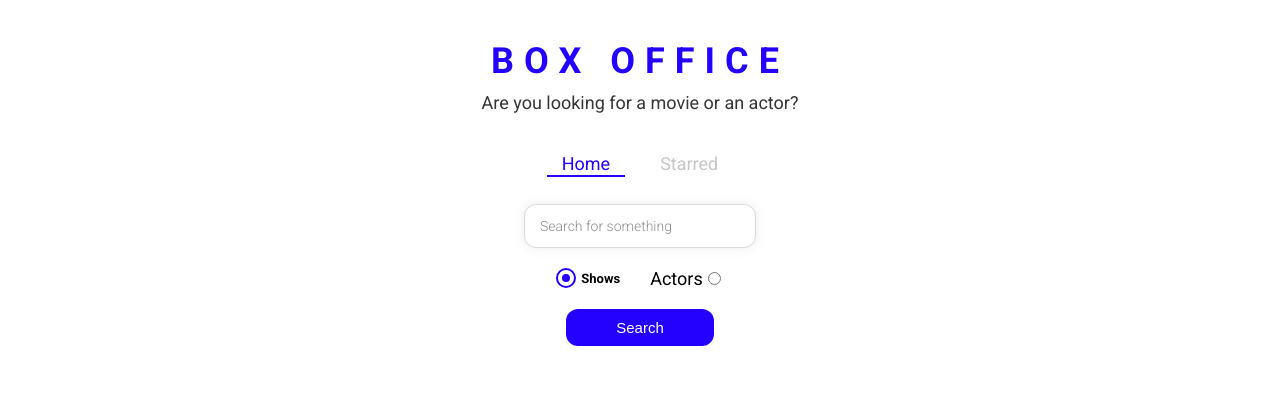
Repository: Hrishabhsinghai/box-office
Page: /
An editor plug-in stored every save of this project. The page is shown before and after the next save, followed by the edit.
The browser window is 1280 px wide. The pictures show the whole page.
The project was rebuilt for these pictures with package versions that can differ from the ones it lists, and the page was loaded fresh each time. Also part of the build but not shown: src/components/styled.js, src/components/show/ShowMainData.styled.js, src/components/show/ShowMainData.js, src/components/show/Details.styled.js, src/components/show/Details.js, src/components/show/Seasons.styled.js, src/components/show/Seasons.js, src/components/show/Cast.styled.js and 10 more.

Above is the page before, as saved 2022-07-02 23:57:31.

After the next save:
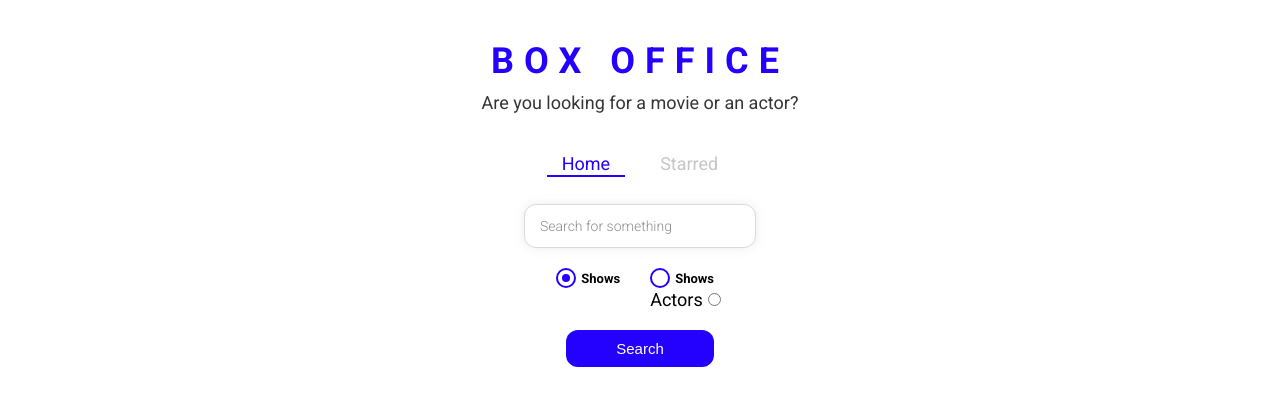
Saved 3 min 6 s later.
--- a/src/pages/Home.js
+++ b/src/pages/Home.js
@@ -77,15 +77,16 @@ const Home = () => {
         </div>
 
         <div>
+          <CustomRadio
+            label="Shows"
+            id="actors-search"
+            value="people"
+            checked={!isShowsSearch}
+            onChange={onRadioChange}
+          />
           <label htmlFor="actors-search">
             Actors
-            <input
-              id="actors-search"
-              type="radio"
-              value="people"
-              checked={!isShowsSearch}
-              onChange={onRadioChange}
-            />
+            <input type="radio" />
           </label>
         </div>
       </RadioInputsWrapper>
